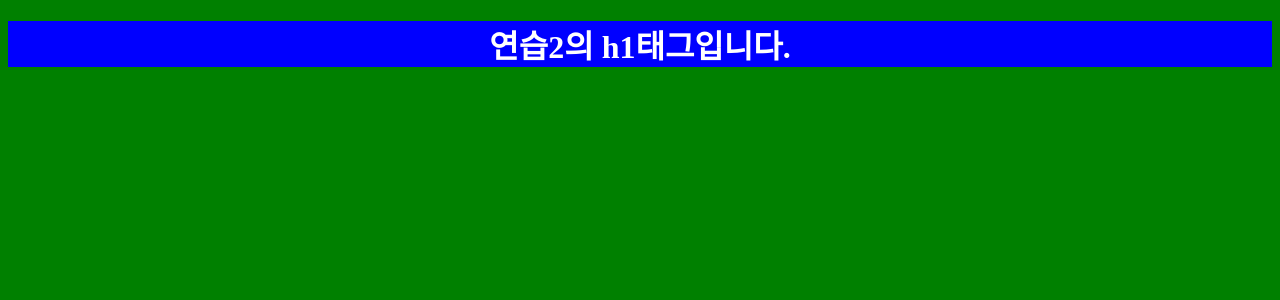
Repository: blinggg/html_git
Page: 0406/ex0406/WebContent/ex02.html
These files come from the project's save history. The page is drawn as it stood at one moment and after the next save; the edit follows.
The browser window is 1280 px wide. The pictures show the whole page.

Above is the page before, as saved 2020-04-06 01:09:17.

After the next save:
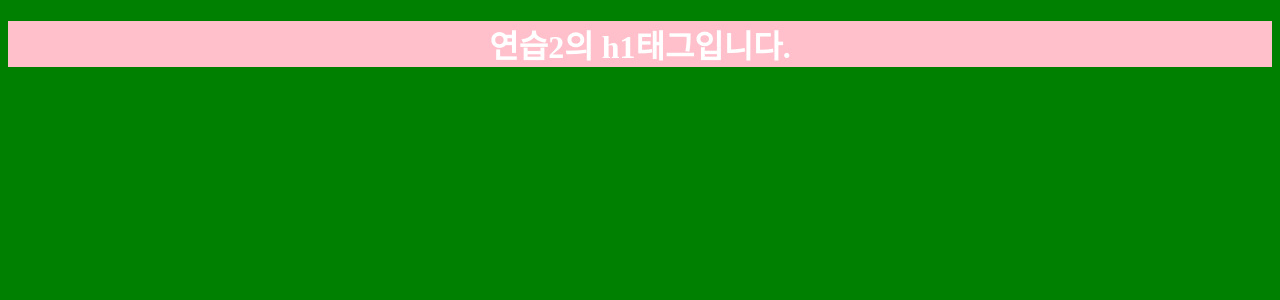
Saved 2 min 6 s later.
--- a/0406/ex0406/WebContent/ex02.html
+++ b/0406/ex0406/WebContent/ex02.html
@@ -9,6 +9,6 @@
 	</style>
 </head>
 <body>
-	<h1>연습2의 h1태그입니다.</h1>
+	<h1 style="background:pink">연습2의 h1태그입니다.</h1>
 </body>
 </html>
